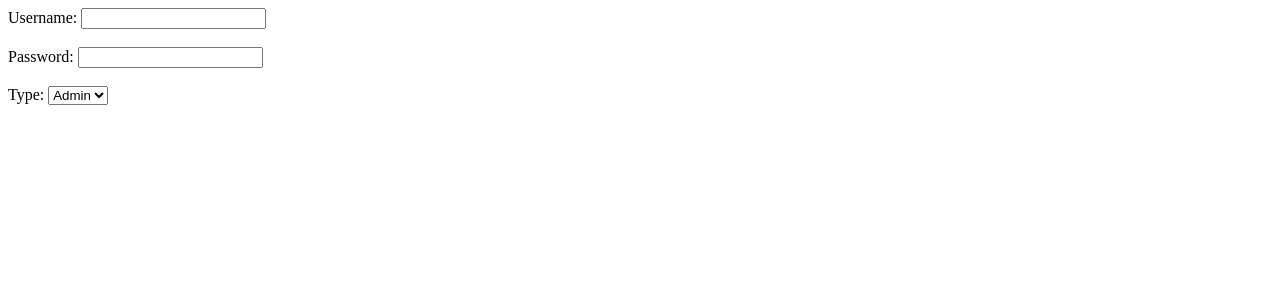
Repository: sowmini-nats/git-spring-project
Page: eclipse-workspace-servlet/ProjectJSP/src/main/webapp/Login.html
These files come from the project's save history. The page is drawn as it stood at one moment and after the next save; the edit follows.
The browser window is 1280 px wide. The pictures show the whole page.

Above is the page before, as saved 2023-10-17 11:02:50.

### eclipse-workspace-servlet/ProjectJSP/src/main/webapp/Login.html
<!DOCTYPE html>
<html>
<head>
<meta charset="ISO-8859-1">
<title>Insert title here</title>
</head>
<body>
<form>
	Username: <input type="text" name="username"/><br/><br/>
	Password: <input type="password" name="password"/><br/><br/>
	Type: <select name="type">
		<option>Admin</option>
		<option>User</option>
	</select>

</form>
</body>
</html>

After the next save:
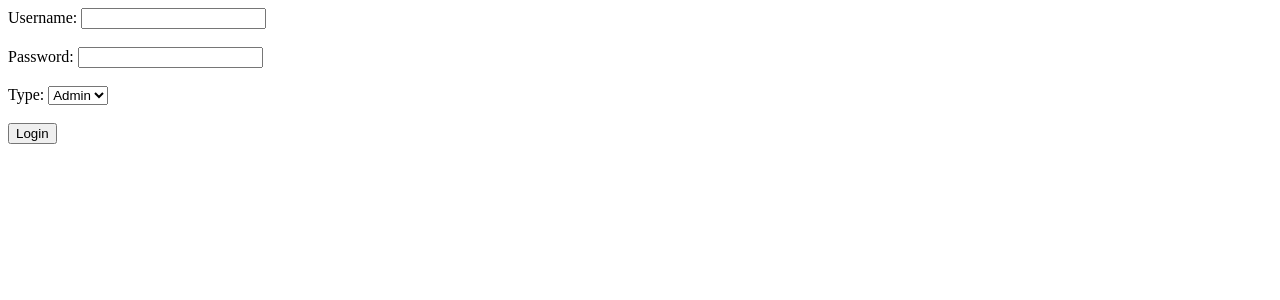
Saved 55 s later.
--- a/eclipse-workspace-servlet/ProjectJSP/src/main/webapp/Login.html
+++ b/eclipse-workspace-servlet/ProjectJSP/src/main/webapp/Login.html
@@ -5,14 +5,14 @@
 <title>Insert title here</title>
 </head>
 <body>
-<form>
+<form action="ValidateLogin.jsp" method="post">
 	Username: <input type="text" name="username"/><br/><br/>
 	Password: <input type="password" name="password"/><br/><br/>
 	Type: <select name="type">
 		<option>Admin</option>
 		<option>User</option>
-	</select>
-
+	</select><br/><br/>
+	<input type="submit" value="Login"/>
 </form>
 </body>
 </html>
